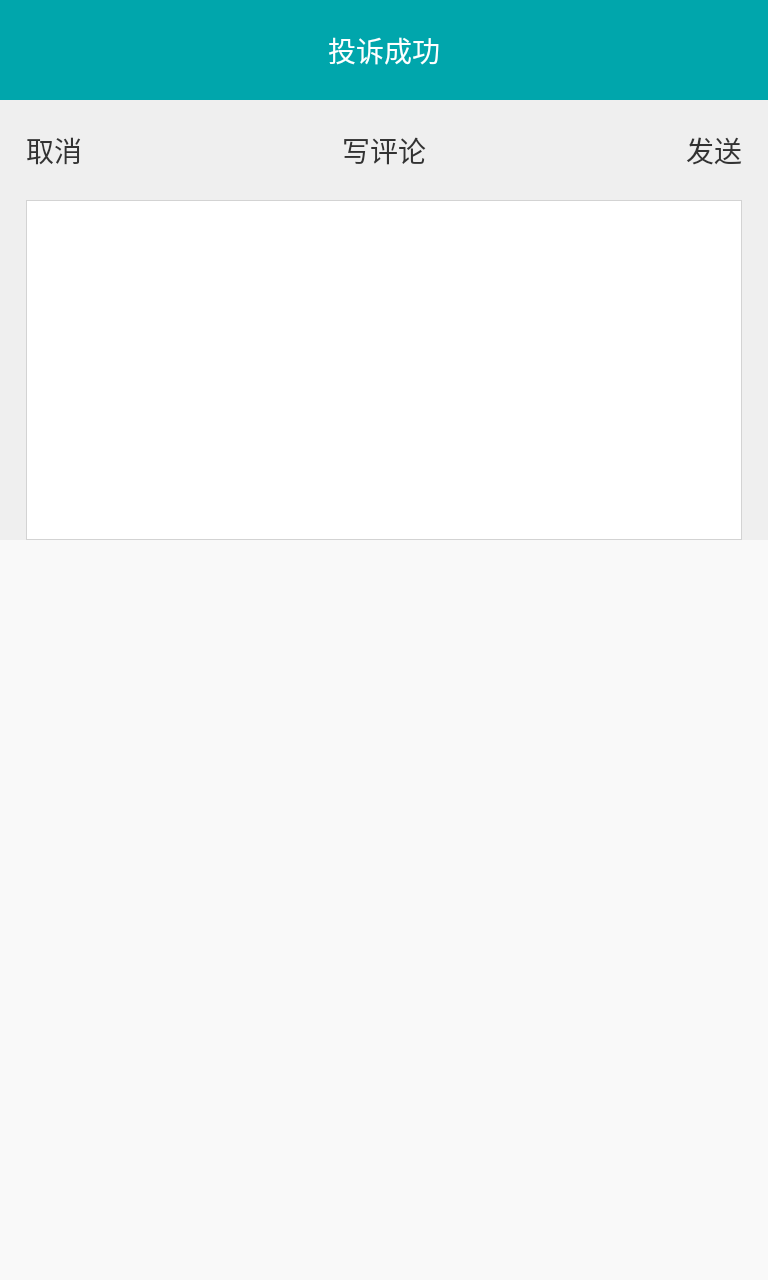
Repository: 2015-Forever/JWD
Layout: Jwd/res/layout/activity_complaint.xml
These files come from the project's save history. The layout is drawn as it stood at one moment and after the next save; the edit follows.
It is drawn on a 768 x 1280 px phone screen (xhdpi) without system bars, with theme AppTheme; the app's code is not run.

Above is the layout before, as saved 2015-07-16 07:44:37.

After the next save:
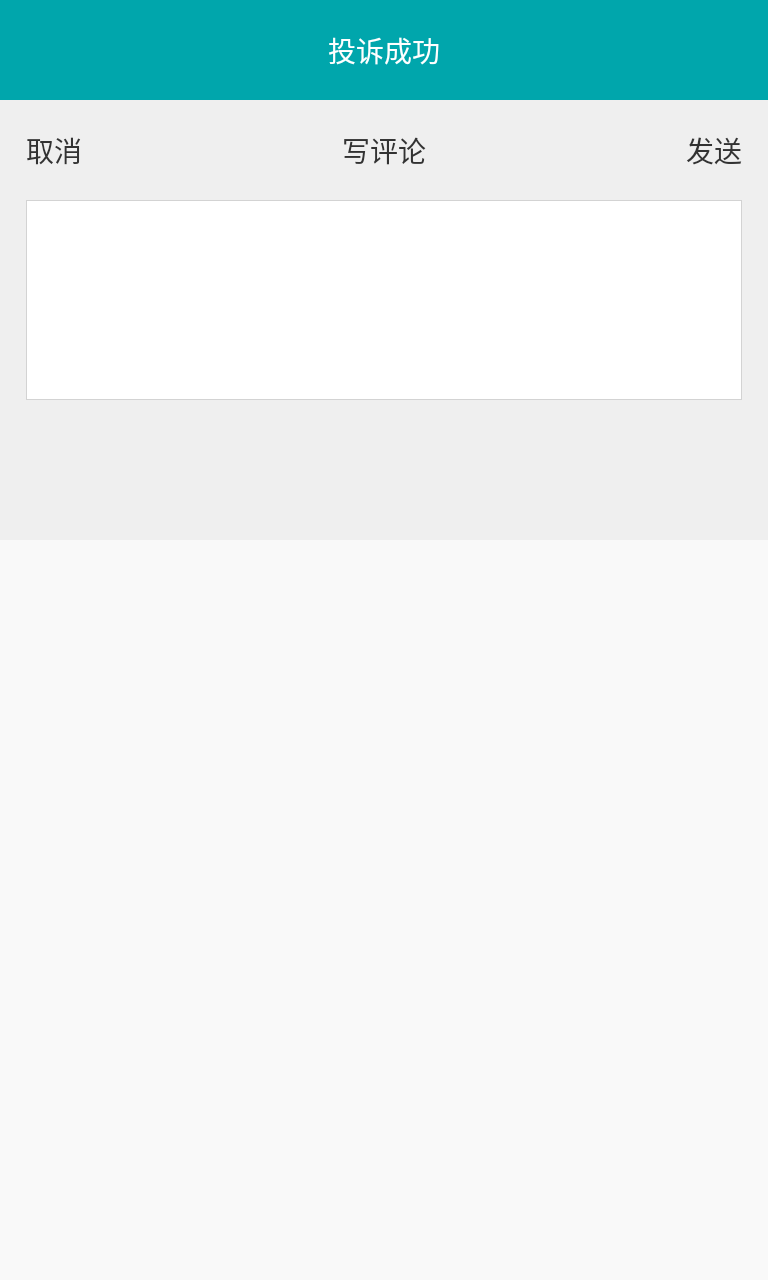
Saved 8 min 27 s later.
--- a/Jwd/res/layout/activity_complaint.xml
+++ b/Jwd/res/layout/activity_complaint.xml
@@ -52,7 +52,7 @@
 
         <EditText
             android:layout_width="fill_parent"
-            android:layout_height="match_parent"
+            android:layout_height="100dp"
             android:background="@drawable/edittext_bg"
             android:enabled="true"
             android:gravity="top"
